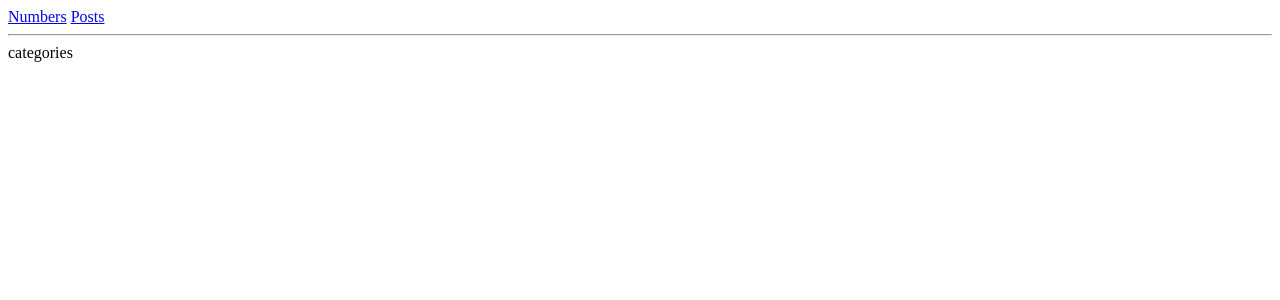
Repository: mahoone/revising_php
Page: http://localhost/public/index.php?v=categories
An editor plug-in stored every save of this project. The page is shown before and after the next save, followed by the edit.
The browser window is 1280 px wide. The pictures show the whole page.
The page is run by PHP 8.4 with error messages shown; the project is at /var/www/html/.

Above is the page before, as saved 2020-06-07 22:53:50.

### public/index.php
<?php

include('../utils/utils.php');


?>

<a href="index.php?v=numbers">Numbers</a>
<a href="index.php?v=posts">Posts</a>
<hr>

<?php

$module = $_GET['v'];
echo $module;

?>

### utils/utils.php
<?php

function dumb($var)
{
    echo '<pre>';
    print_r($var);
    echo '</pre>';
}

After the next save:
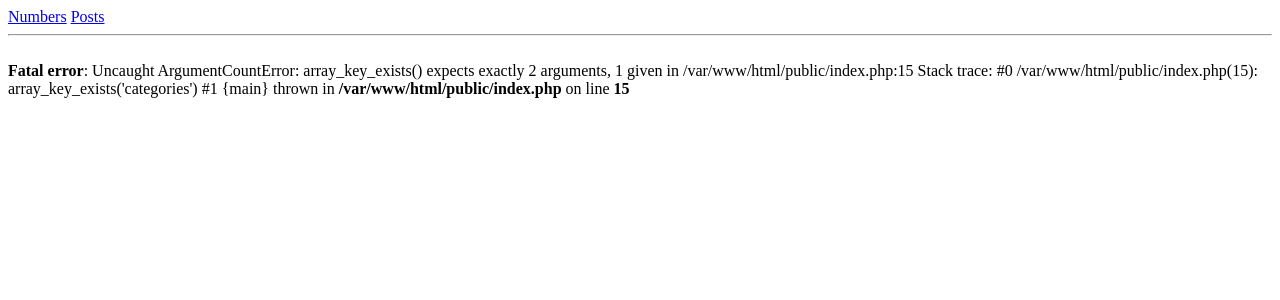
Saved 3 min 37 s later.
--- a/public/index.php
+++ b/public/index.php
@@ -12,6 +12,10 @@ include('../utils/utils.php');
 <?php
 
 $module = $_GET['v'];
-echo $module;
+if(array_key_exists($module))
+{
+    echo $module;
+}
+
 
 ?>
